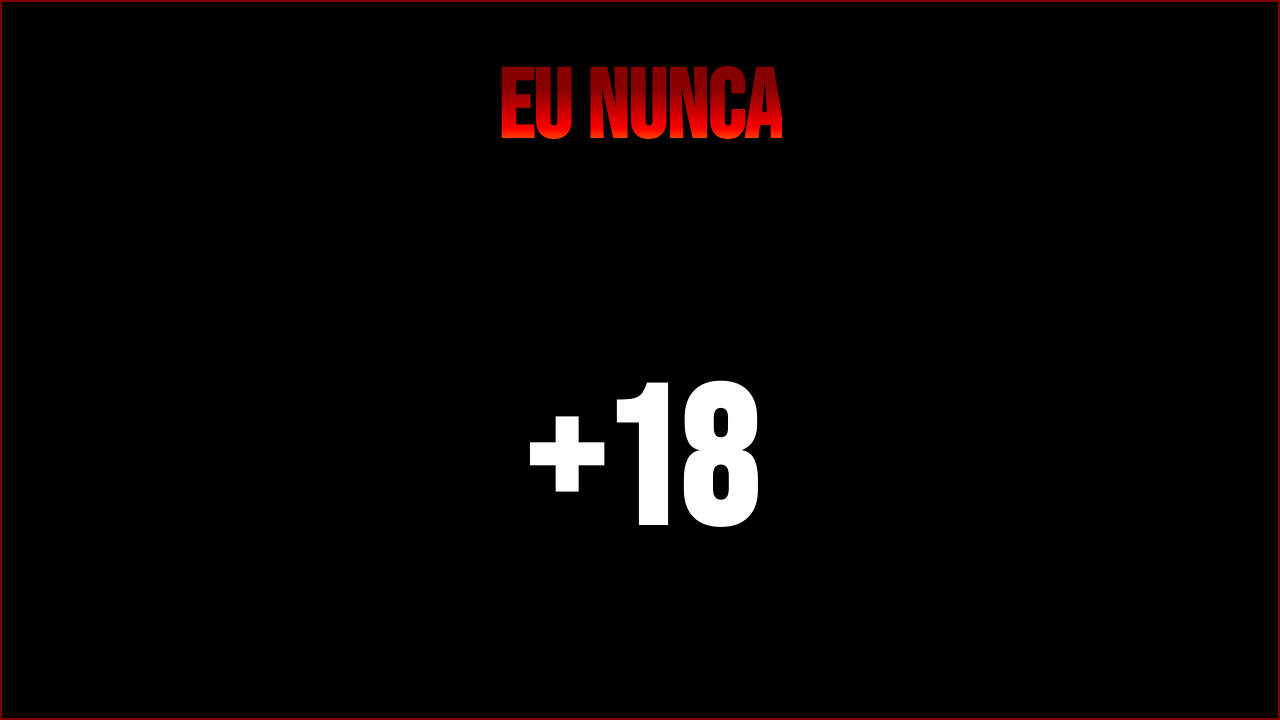
Repository: odiloalmeida/inever
Page: index.html
The author's editor kept a copy of each file at every save. The page is drawn from the files as they stood at one save, then again after the next save.
The browser window is 1280 px wide. The pictures show the whole page.

Above is the page before, as saved 2023-02-04 13:39:24.

After the next save:
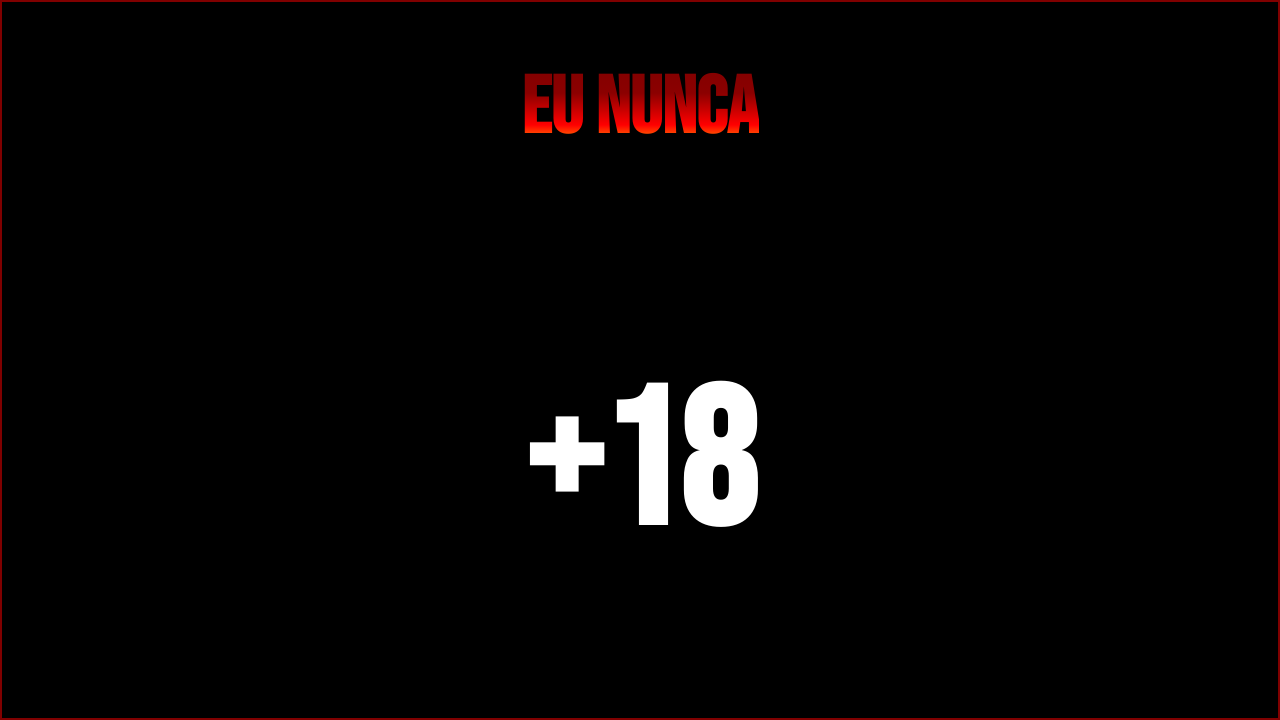
Saved 5 s later.
--- a/style.css
+++ b/style.css
@@ -32,7 +32,7 @@ h1 {
     -webkit-background-clip: text;
     -webkit-text-fill-color: transparent;
     color: black;
-    font-size: 6rem;
+    font-size: 5rem;
     font-weight: 900;
 }
 
